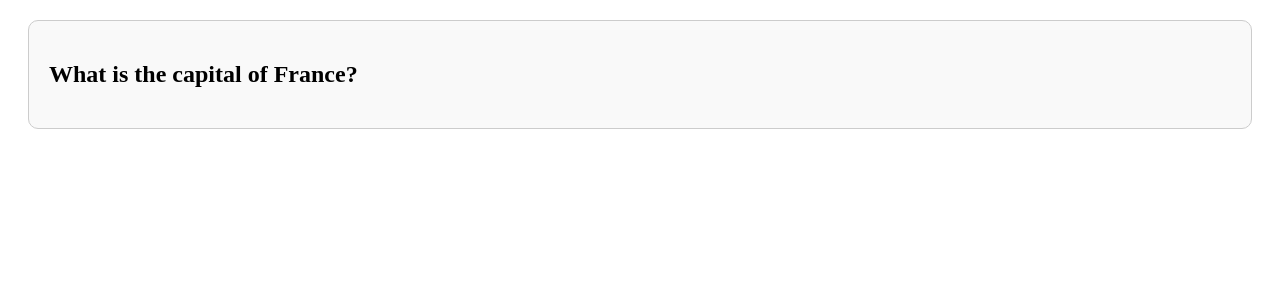
Repository: muteedwaheed/quiz-app
Page: test.html
An editor plug-in stored every save of this project. The page is shown before and after the next save, followed by the edit.
The browser window is 1280 px wide. The pictures show the whole page.

Above is the page before, as saved 2024-06-23 01:39:23.
Console error: TypeError: Cannot set properties of null (setting 'innerHTML')

After the next save:
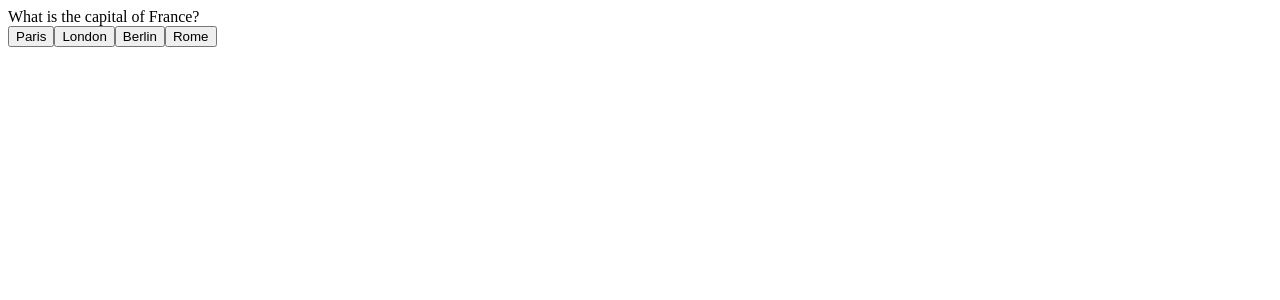
The error is gone.
Saved 25 s later.
--- a/test.html
+++ b/test.html
@@ -7,11 +7,14 @@
     <link rel="stylesheet" href="./test.css">
   </head>
   <body>
-    <div class="question-container">
-      <h2 id="question"></h2>
-      <div class="options" id="options"></div>
-      <div id="feedback"></div>
+
+    <div class="quiz-container">
+      <div id="question-container">
+        <div id="question">Question text</div>
+        <div id="options-container"></div>
+      </div>
     </div>
+
     <script src="./test.js"></script>
   </body>
 </html>
